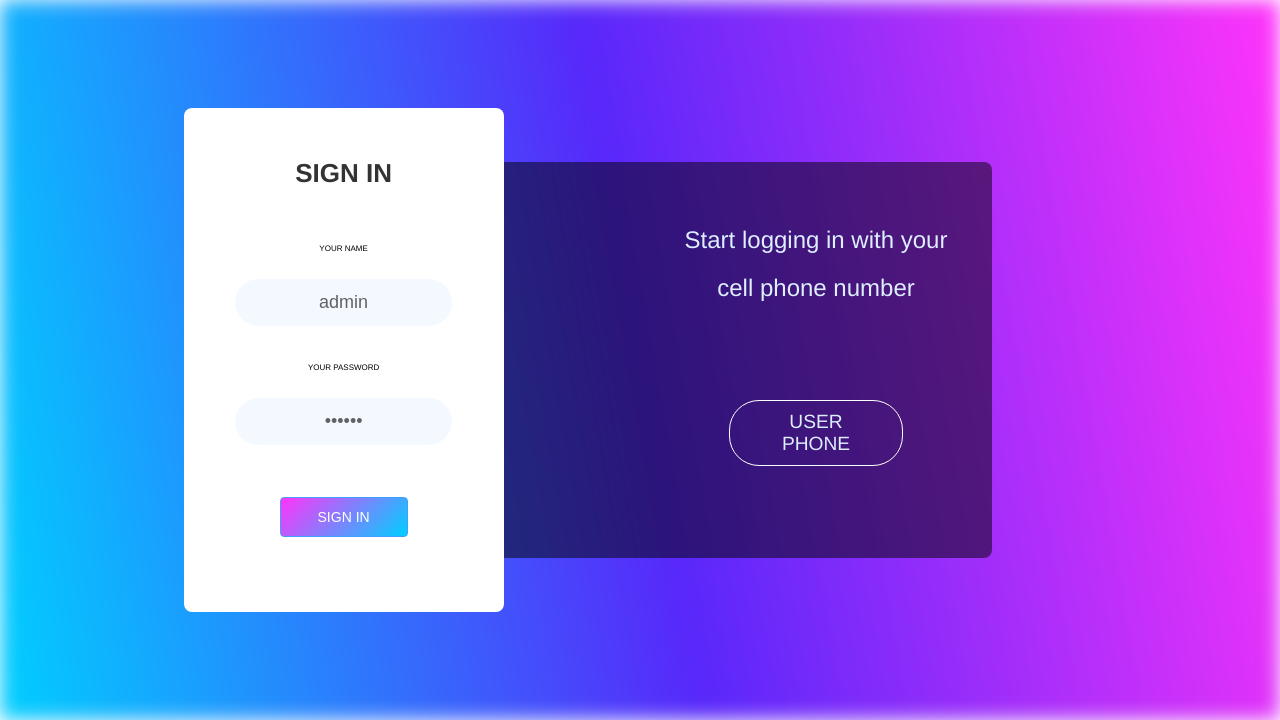
Repository: chunkpig/vue-admin
Page: /
These files come from the project's save history. The page is drawn as it stood at one moment and after the next save; the edit follows.
The browser window is 1280 px wide. The pictures show the whole page.
The project was rebuilt for these pictures with package versions that can differ from the ones it lists, and the page was loaded fresh each time. Also part of the build but not shown: vue.config.js.

Above is the page before, as saved 2020-12-07 09:53:55.

After the next save:
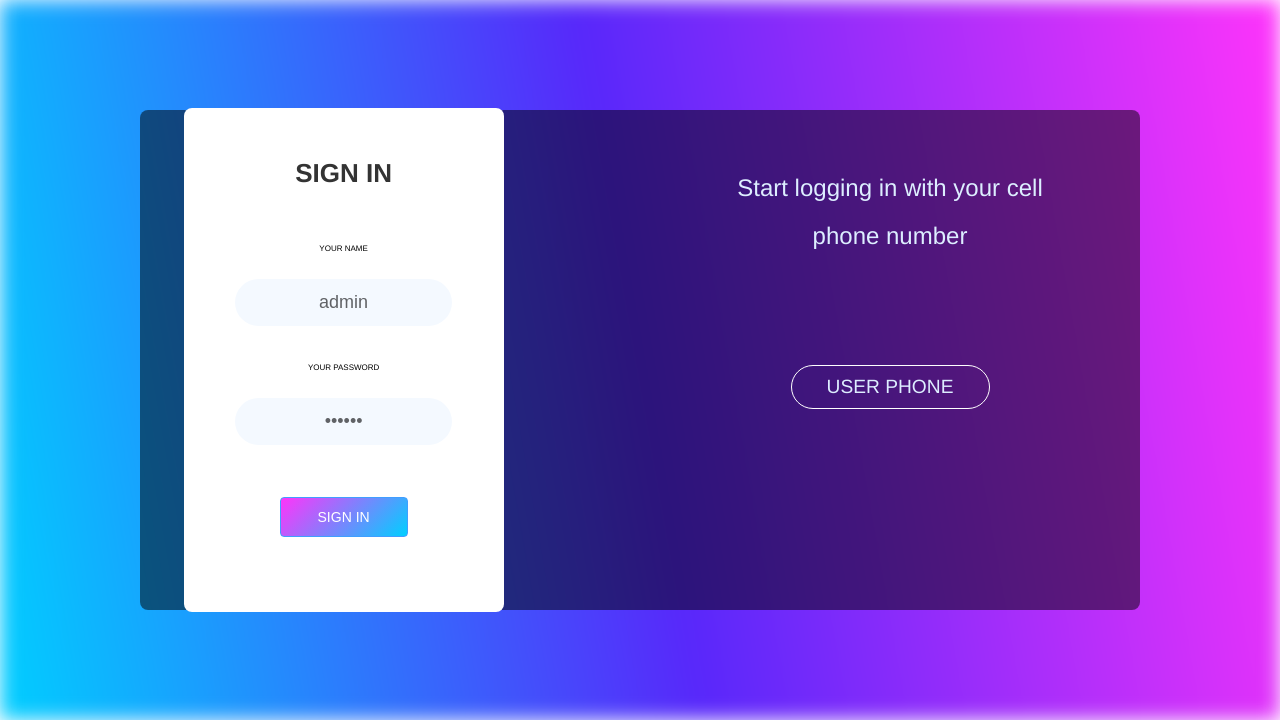
Saved 10 min 42 s later.
--- a/src/views/login/index.vue
+++ b/src/views/login/index.vue
@@ -122,8 +122,8 @@ $cursor: #333;
         transform: translate(-50%,-50%);
         width: 1000px;
         height: 500px;
-        max-width: 55%;
-        max-height: 55%;
+        // max-width: 55%;
+        // max-height: 55%;
         display: flex;
         justify-content: space-around;
         // align-items: center;
